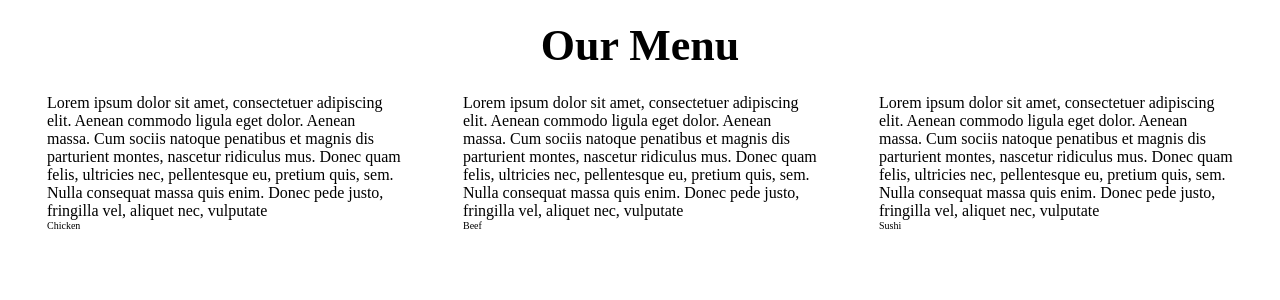
Repository: Normandy72/module2-solution
Page: index.html
The author's editor kept a copy of each file at every save. The page is drawn from the files as they stood at one save, then again after the next save.
The browser window is 1280 px wide. The pictures show the whole page.
Some web fonts or font styles are not loaded; a fallback is used.

Above is the page before, as saved 2022-12-05 15:02:35.

After the next save:
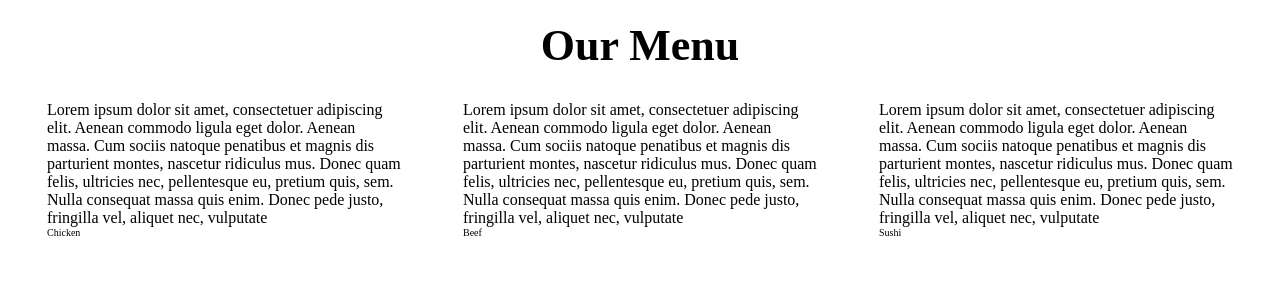
Saved 14 s later.
--- a/styles/style.css
+++ b/styles/style.css
@@ -12,7 +12,7 @@ h1{
     text-align: center;
 
     padding-top: 20px;
-    padding-bottom: 23px;
+    padding-bottom: 30px;
 }
 
 .wrapper{
